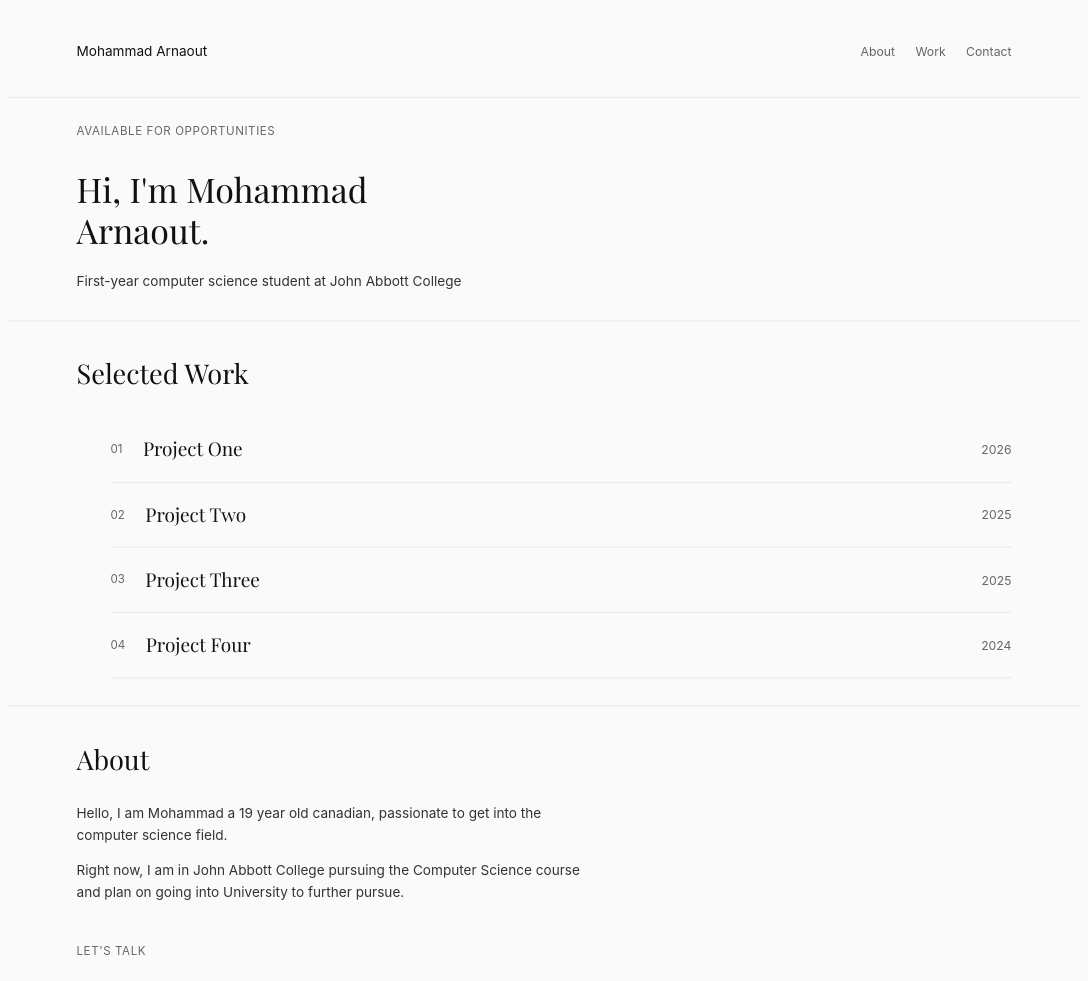
Repository: Moh-Arna/Moh-Arna
Page: index.html
These files come from the project's save history. The page is drawn as it stood at one moment and after the next save; the edit follows.
The browser window is 1280 px wide. The pictures show the whole page, at 85% of full size.
Some web fonts or font styles are not loaded; a fallback is used.

Above is the page before, as saved 2026-04-22 10:35:13.

After the next save:
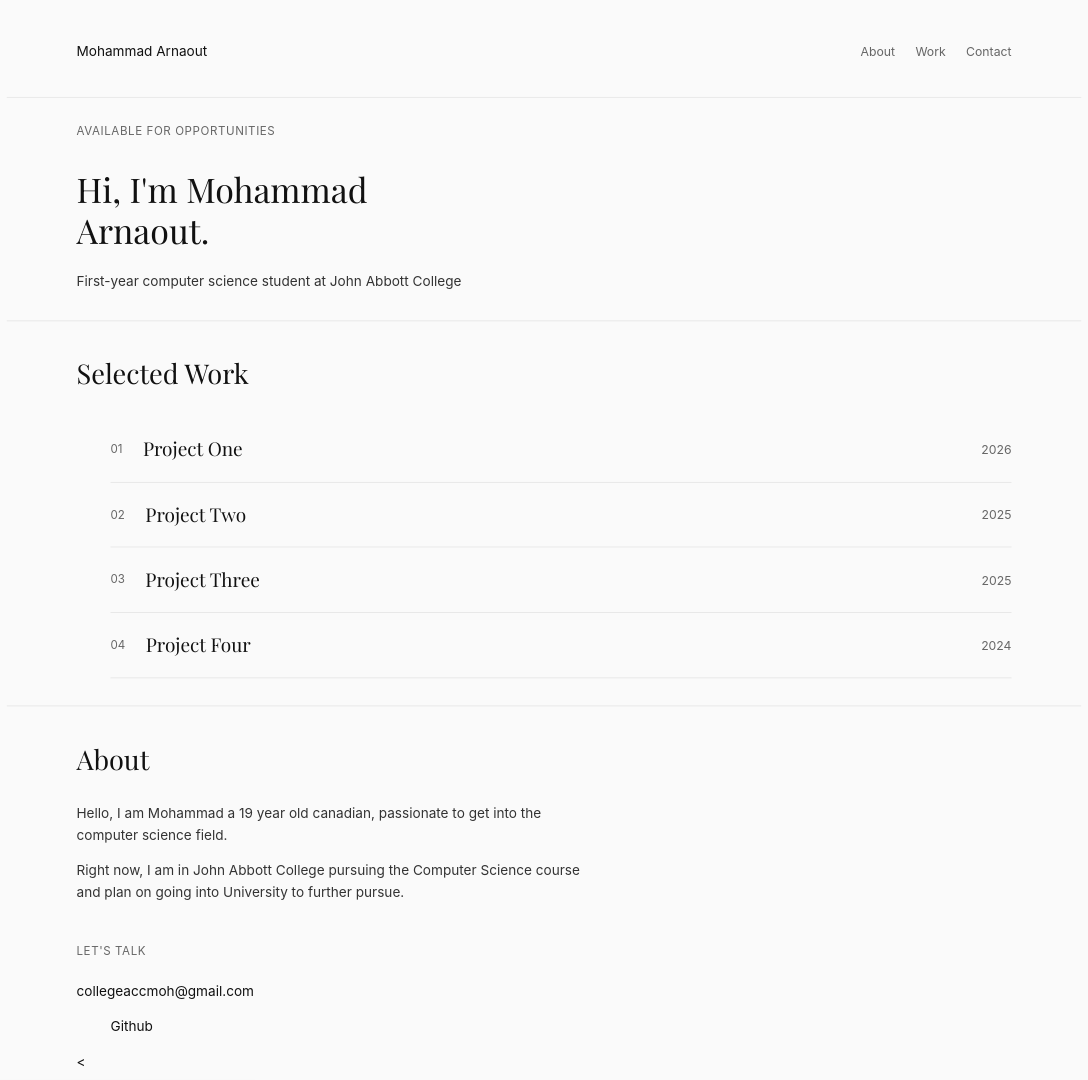
Saved 4 min 41 s later.
--- a/index.html
+++ b/index.html
@@ -128,6 +128,18 @@
 
         <p class="top-paragraph">Let's talk</p>
 
+        <a href="mailto:collegeaccmoh@gmail.com" class="email">collegeaccmoh@gmail.com</a>
+
+        <ul class="socials">
+
+            <li>
+                <a href="https://github.com/Moh-Arna" target="_blank">Github</a>
+            </li>
+
+        </ul>
+
+        <
+
     </div>
 
 </footer>
